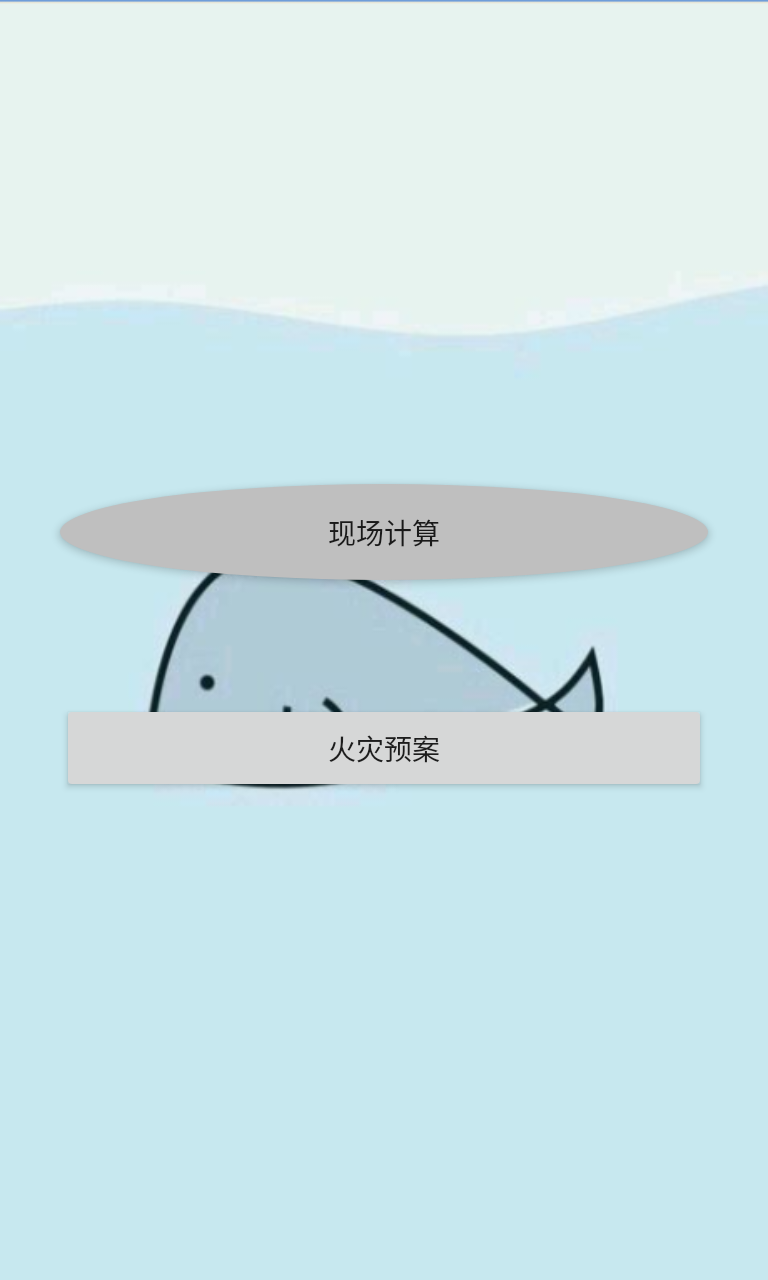
Repository: hohoTT/fireWork_handle_app
Layout: fireWork_handle_app/res/layout/activity_main.xml
These files come from the project's save history. The layout is drawn as it stood at one moment and after the next save; the edit follows.
It is drawn on a 768 x 1280 px phone screen (xhdpi) without system bars, with theme AppTheme; the app's code is not run.

Above is the layout before, as saved 2016-03-06 11:12:02.

After the next save:
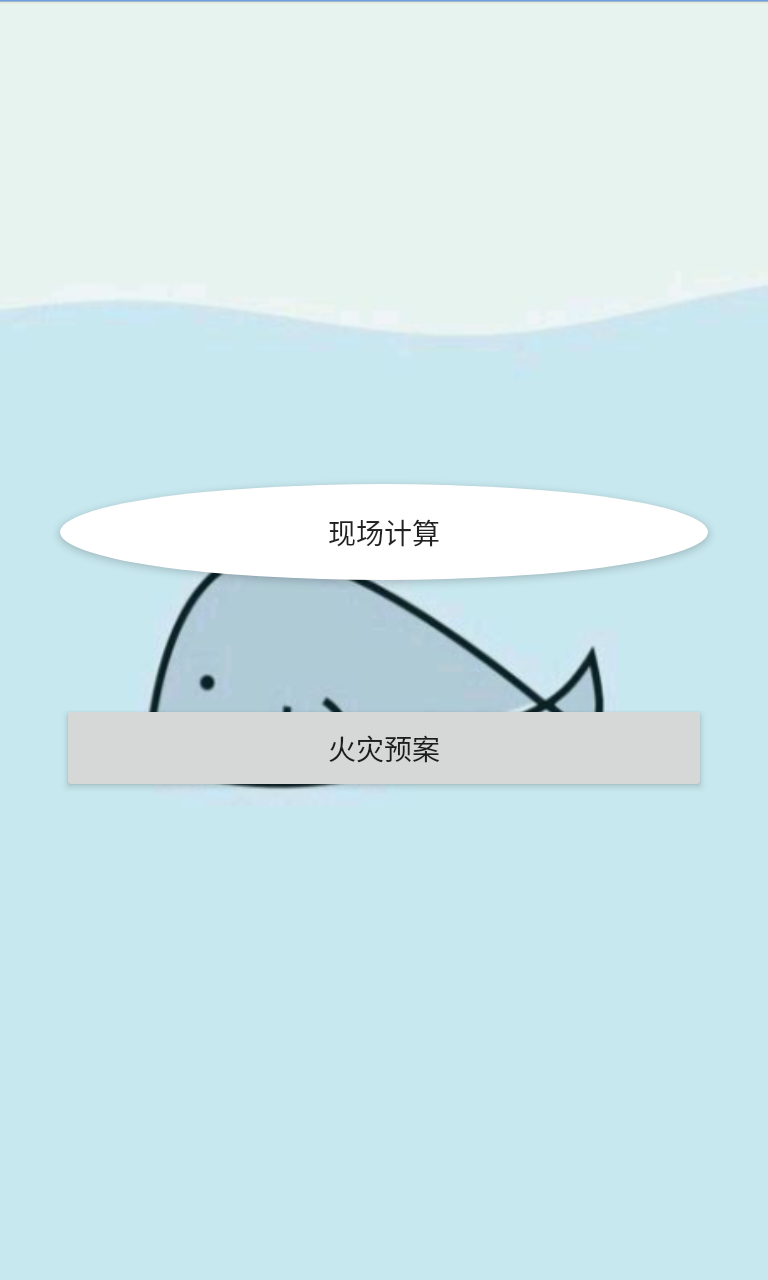
Saved 4 s later.
--- a/fireWork_handle_app/res/drawable/shape.xml
+++ b/fireWork_handle_app/res/drawable/shape.xml
@@ -1,19 +1,33 @@
 <?xml version="1.0" encoding="utf-8"?>
 <shape
-    xmlns:android="http//schemas.android.com/apk/res/android"
-    android:shape="oval">
+    xmlns:android="http://schemas.android.com/apk/res/android"
+
+  android:shape="oval">
+
     <!-- 填充的颜色 -->
-    <solid android:color="#BFBFBF" />
-    <!-- 设置按钮的四个角为弧形 -->
-    <!-- android:radius 弧形的半径 -->
-    <corners android:radius="25dip" />
 
-	<!-- padding：Button里面的文字与Button边界的间隔 -->
-	<padding
-	   android:left="10dp"
-	   android:top="10dp"
-	   android:right="10dp"
-	   android:bottom="10dp"
-	/>
+    <solid android:color="#FFFFFF"/>
+
+     <!-- 设置按钮的四个角为弧形 -->
+
+     <!-- android:radius 弧形的半径 -->
+
+     <corners android:radius="360dip"/>
+
+
+
+     <!-- padding: Button 里面的文字与Button边界的间隔 -->
+
+     <padding
+
+        android:left="10dp"
+
+        android:top="10dp"
+
+        android:right="10dp"
+
+        android:bottom="10dp"
+
+     />
 
 </shape>
